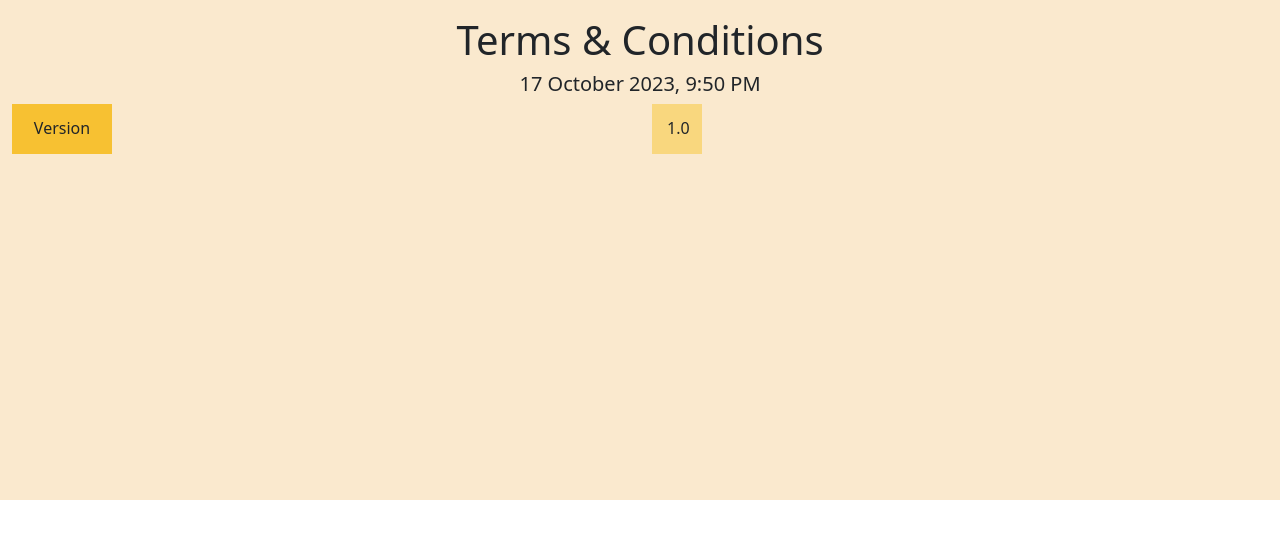
Repository: injectGroup/github.io
Page: terms.html
These files come from the project's save history. The page is drawn as it stood at one moment and after the next save; the edit follows.
The browser window is 1280 px wide. The pictures show the whole page.

Above is the page before, as saved 2023-11-29 14:11:45.

### terms.html
<!doctype html>
<html lang="en">

<head>
    <meta charset="utf-8">
    <meta name="viewport" content="width=device-width, initial-scale=1">
    <title>Bootstrap demo</title>
    <!-- GOULD CUSTOM CSS-->
    <link rel="stylesheet" href="/gouldwalletlegal/css/gouldcustom.css">
    <!--- BOOTSTRAP CDN -->
    <link href="https://cdn.jsdelivr.net/npm/bootstrap@5.3.2/dist/css/bootstrap.min.css" rel="stylesheet"
        integrity="sha384-T3c6CoIi6uLrA9TneNEoa7RxnatzjcDSCmG1MXxSR1GAsXEV/Dwwykc2MPK8M2HN" crossorigin="anonymous">
</head>

<body>
    <!-- Content here -->
    <div class="container-fluid text-center terms-content">
        <div class="row align-items-center">
            <div class="col align-self-center">
                <h1 class="text-center">
                    Terms & Conditions
                </h1>
            </div>
        </div>
        <div class="row align-items-center">
            <h5 class="version-date">
                17 October 2023, 9:50 PM
            </h5>
            <div class="col align-self-center">
                <h6 class="version">
                    Version
                </h6>
            </div>
            <div class="col">
                <h6 class="version-number">1.0</h6>
            </div>
        </div>
    </div>
    <!-- BOOTSTRAP JS-->
    <script src="https://cdn.jsdelivr.net/npm/bootstrap@5.3.2/dist/js/bootstrap.bundle.min.js"
        integrity="sha384-C6RzsynM9kWDrMNeT87bh95OGNyZPhcTNXj1NW7RuBCsyN/o0jlpcV8Qyq46cDfL"
        crossorigin="anonymous"></script>
</body>

</html>

### gouldwalletlegal/css/gouldcustom.css
/*
 *AUTHOR: Abdulkadir Mohammed @ Inject
 *DATE: Wed 29 November 2023
  *
 *This is a custom css for gould wallet.
 */
/*****************************
 *********** HEAD ***********
 *****************************/
.terms-content {
    background-color: #FAE9CE;
    padding: 16px 0px 16px 0px;
    height: 500px;
    width: 100%;
    padding-right: 15px;
    padding-left: 15px;
    margin-right: auto;
    margin-left: auto;
    display: block;
    box-sizing: border-box;
}

.version {
    width: 100px;
    background-color: #F7C132;
    padding: 15px;
    width: 100px !important;
    height: 50px !important;
}

.version-number {
    background-color: #F9D77E;
    padding: 15px;
    width: 50px !important;
    height: 50px !important;
}


/*****************************
  *********** BODY ***********
 *****************************/

/*****************************
 *********** FOOTER ***********
*****************************/

After the next save:
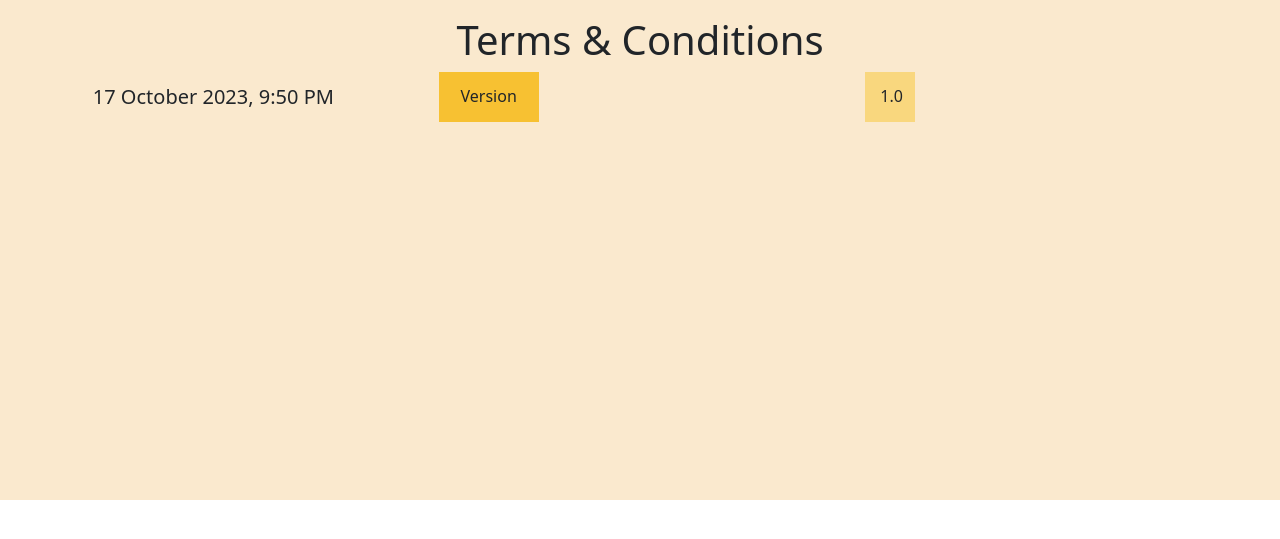
Saved 75 s later.
--- a/terms.html
+++ b/terms.html
@@ -23,9 +23,11 @@
             </div>
         </div>
         <div class="row align-items-center">
-            <h5 class="version-date">
-                17 October 2023, 9:50 PM
-            </h5>
+            <div class="col">
+                <h5 class="version-date">
+                    17 October 2023, 9:50 PM
+                </h5>
+            </div>
             <div class="col align-self-center">
                 <h6 class="version">
                     Version

After the save that followed:
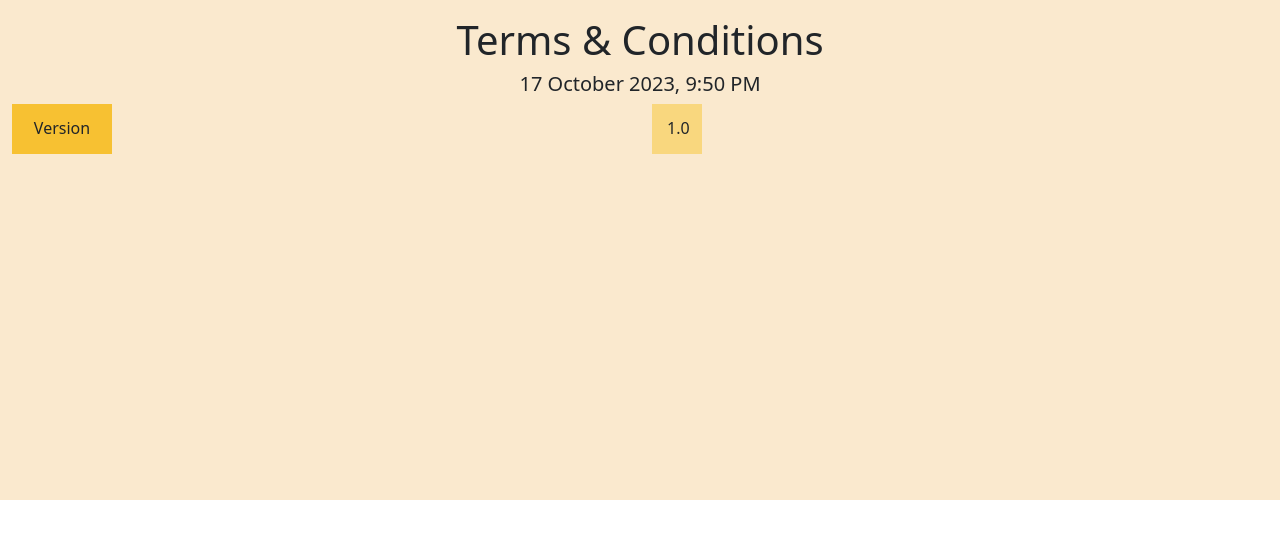
Saved 21 s later.
--- a/terms.html
+++ b/terms.html
@@ -23,11 +23,9 @@
             </div>
         </div>
         <div class="row align-items-center">
-            <div class="col">
-                <h5 class="version-date">
-                    17 October 2023, 9:50 PM
-                </h5>
-            </div>
+            <h5 class="version-date">
+                17 October 2023, 9:50 PM
+            </h5>
             <div class="col align-self-center">
                 <h6 class="version">
                     Version
